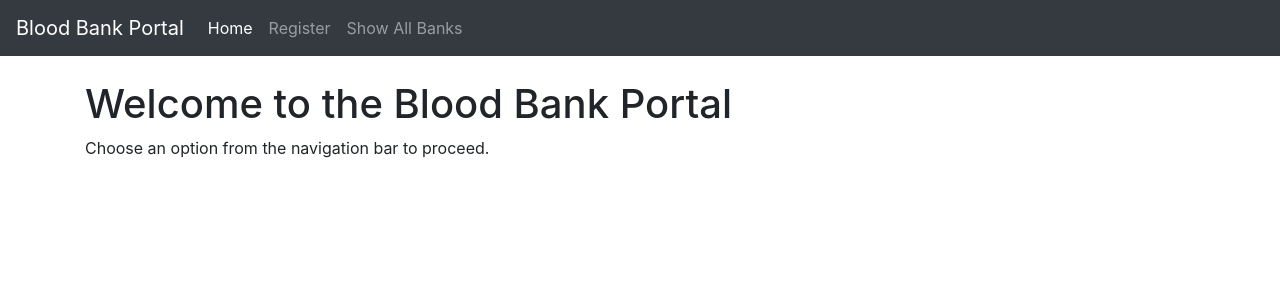
Repository: omi4535/Decentralized_Blood_Bank_System
Page: http://localhost/blood_bank_system/
These files come from the project's save history. The page is drawn as it stood at one moment and after a run of saves; the edit follows.
The browser window is 1280 px wide. The pictures show the whole page.
Some web libraries are served in a nearby version. The page is served by Tomcat 9. Other server files are loaded and not shown.

Above is the page before, as saved 2023-07-03 09:34:11.

### blood bank system/src/main/webapp/index.jsp
<%@ page language="java" contentType="text/html; charset=UTF-8"
    pageEncoding="UTF-8"%>
<!DOCTYPE html>
<html lang="en">
<head>
    <meta charset="UTF-8">
    <meta name="viewport" content="width=device-width, initial-scale=1.0">
    <title>Blood Bank Portal</title>
    <link rel="stylesheet" href="https://maxcdn.bootstrapcdn.com/bootstrap/4.5.2/css/bootstrap.min.css">
</head>
<body>
    <nav class="navbar navbar-expand-lg navbar-dark bg-dark">
        <a class="navbar-brand" href="#">Blood Bank Portal</a>
        <button class="navbar-toggler" type="button" data-toggle="collapse" data-target="#navbarNav" aria-controls="navbarNav" aria-expanded="false" aria-label="Toggle navigation">
            <span class="navbar-toggler-icon"></span>
        </button>
        <div class="collapse navbar-collapse" id="navbarNav">
            <ul class="navbar-nav">
                <li class="nav-item active">
                    <a class="nav-link" href="#">Home <span class="sr-only">(current)</span></a>
                </li>
                <li class="nav-item">
                    <a class="nav-link" href="registration.jsp">Register</a>
                </li>
                <li class="nav-item">
                    <a class="nav-link" href="All_banks.jsp">Show All Banks</a>
                </li>
            </ul>
        </div>
    </nav>

    <div class="container mt-4">
        <h1>Welcome to the Blood Bank Portal</h1>
        <p>Choose an option from the navigation bar to proceed.</p>
    </div>

    <script src="https://code.jquery.com/jquery-3.5.1.slim.min.js"></script>
    <script src="https://cdn.jsdelivr.net/npm/@popperjs/core@1.16.0/dist/umd/popper.min.js"></script>
    <script src="https://maxcdn.bootstrapcdn.com/bootstrap/4.5.2/js/bootstrap.min.js"></script>
</body>
</html>

### blood bank system/src/main/webapp/NavBar.jsp
<%@ page language="java" contentType="text/html; charset=UTF-8"
    pageEncoding="UTF-8"%>
<!DOCTYPE html>
<html>
<head>
    <meta charset="UTF-8">
    <meta name="viewport" content="width=device-width, initial-scale=1.0">
    <title>Blood Bank Portal</title>
    <link rel="stylesheet" href="https://maxcdn.bootstrapcdn.com/bootstrap/4.5.2/css/bootstrap.min.css">
    <style>
        .navbar-brand {
            font-weight: bold;
        }

        .navbar-nav .nav-link {
            font-size: 18px;
        }
    </style>
</head>
<body>
    <nav class="navbar navbar-expand-lg navbar-dark bg-dark">
        <div class="container">
            <a class="navbar-brand" href="#">Blood Bank Portal</a>
            <button class="navbar-toggler" type="button" data-toggle="collapse" data-target="#navbarNav" aria-controls="navbarNav" aria-expanded="false" aria-label="Toggle navigation">
                <span class="navbar-toggler-icon"></span>
            </button>
            <div class="collapse navbar-collapse" id="navbarNav">
                <ul class="navbar-nav ml-auto">
                    <li class="nav-item">
                        <a class="nav-link" href="#">Home</a>
                    </li>
                    <li class="nav-item">
                        <a class="nav-link" href="registration.jsp">Register</a>
                    </li>
                    <li class="nav-item">
                        <a class="nav-link" href="All_banks.jsp">Show All Banks</a>
                    </li>
                </ul>
            </div>
        </div>
    </nav>

</body>
</html>

After the next 2 saves:
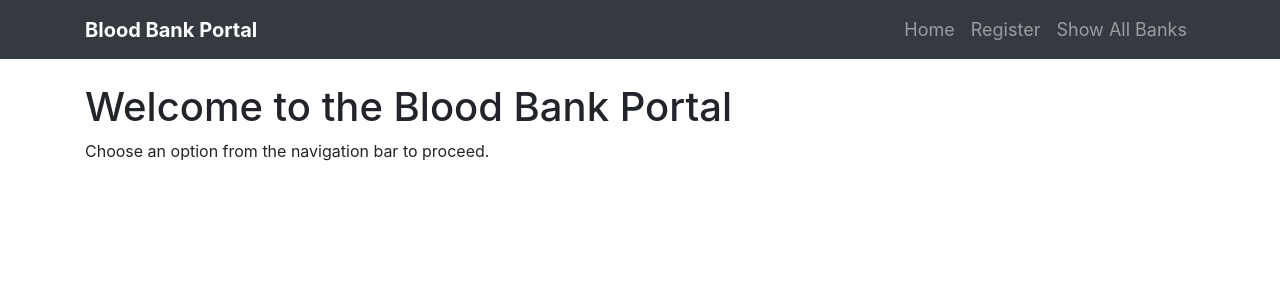
The 2 saves are shown as one change because 1 did not build or start.
The last was saved 7 min 7 s later.
--- a/blood bank system/src/main/webapp/index.jsp
+++ b/blood bank system/src/main/webapp/index.jsp
@@ -9,25 +9,7 @@
     <link rel="stylesheet" href="https://maxcdn.bootstrapcdn.com/bootstrap/4.5.2/css/bootstrap.min.css">
 </head>
 <body>
-    <nav class="navbar navbar-expand-lg navbar-dark bg-dark">
-        <a class="navbar-brand" href="#">Blood Bank Portal</a>
-        <button class="navbar-toggler" type="button" data-toggle="collapse" data-target="#navbarNav" aria-controls="navbarNav" aria-expanded="false" aria-label="Toggle navigation">
-            <span class="navbar-toggler-icon"></span>
-        </button>
-        <div class="collapse navbar-collapse" id="navbarNav">
-            <ul class="navbar-nav">
-                <li class="nav-item active">
-                    <a class="nav-link" href="#">Home <span class="sr-only">(current)</span></a>
-                </li>
-                <li class="nav-item">
-                    <a class="nav-link" href="registration.jsp">Register</a>
-                </li>
-                <li class="nav-item">
-                    <a class="nav-link" href="All_banks.jsp">Show All Banks</a>
-                </li>
-            </ul>
-        </div>
-    </nav>
+    <%@ include file="NavBar.jsp"  %>
 
     <div class="container mt-4">
         <h1>Welcome to the Blood Bank Portal</h1>
